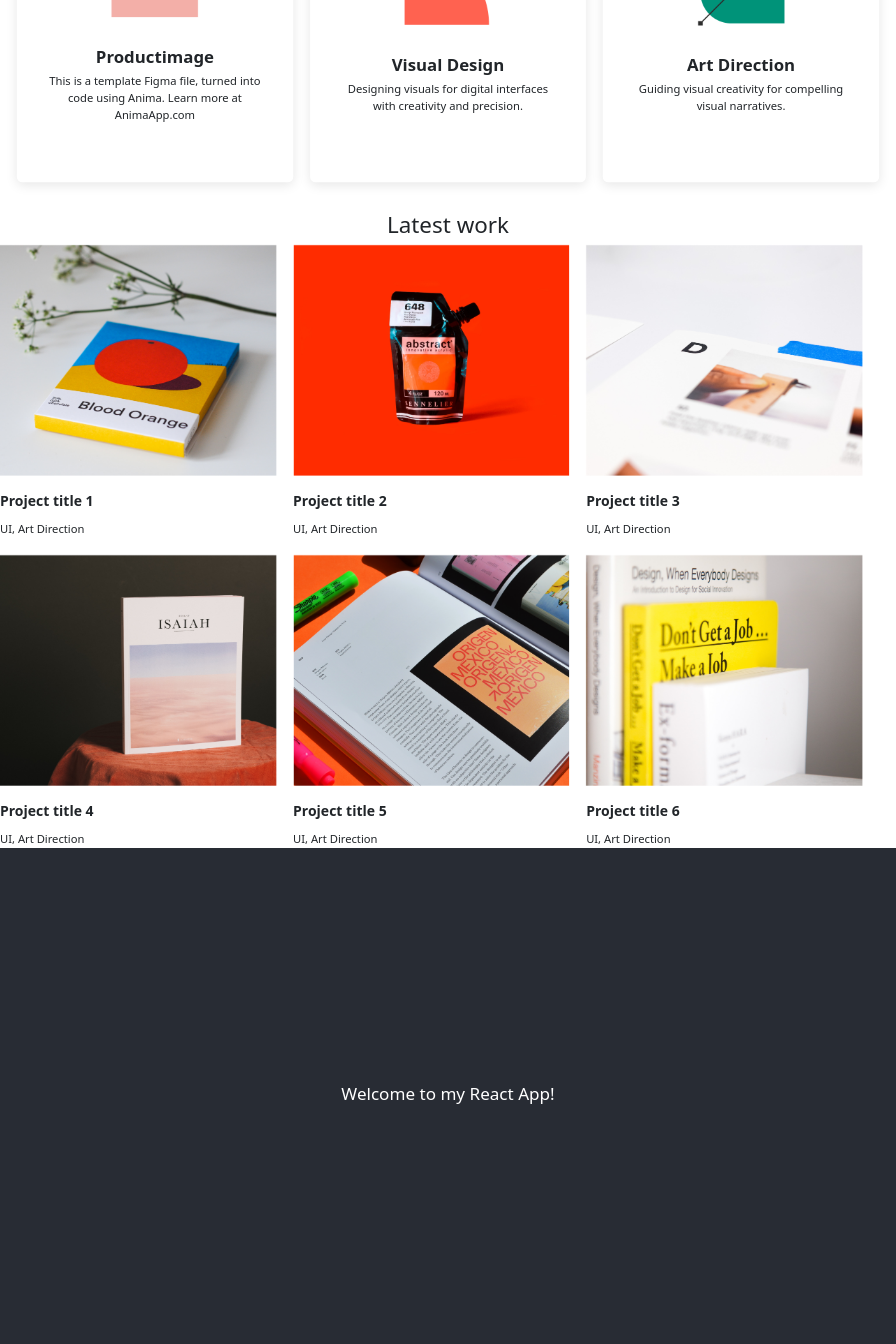
Repository: nida463/project-portofolio
Page: /
These files come from the project's save history. The page is drawn as it stood at one moment and after a run of saves; the edit follows.
The browser window is 1280 px wide. The pictures show the part of the page from y = 869 to 2789 px (the page is 2800 px tall before and 2835 px after), at 70% of full size.
The project was rebuilt for these pictures with package versions that can differ from the ones it lists, and the page was loaded fresh each time.

Above is the page before, as saved 2024-09-18 10:09:12.

### src/App.js
import React from 'react';
import './App.css';
import Navbar from './Components/Navbar';  // Mengimpor komponen Navbar
import Header from './Components/Header';  // Mengimpor komponen Header
import Logo from './Components/Logo';  // Mengimpor komponen Logo
import Skills from './Components/Skills';  // Mengimpor komponen Skills
import Gallery from './Components/Gallery';  // Import Gallery

function App() {
  return (
    <div className="App">
      <Navbar />  {/* Panggil komponen Navbar */}
      <Header />  {/* Panggil komponen Header */}
      <Logo />  {/* Panggil komponen Logo */}
      <Skills />  {/* Panggil komponen Skills */}
      <Gallery />  {/* Tambahkan komponen Gallery */}
      <header className="App-header">
        <p>
          Welcome to my React App! {/* Ini hanya contoh konten */}
        </p>
      </header>
    </div>
  );
}

export default App;

### src/Components/Navbar.js
import React from 'react';
import './Navbar.css'; // Mengimpor file CSS untuk Navbar

const Navbar = () => {
  return (
    <nav className="navbar">
      {/* Logo di sebelah kiri */}
      <div className="logo">Logo</div>

      {/* Menu di sebelah kanan */}
      <div className="menu-items">
        <a href="#about">About</a>
        <a href="#work">Work</a>
        <a href="#contact">Contact</a>
      </div>
    </nav>
  );
};

export default Navbar;

### src/Components/Header.js
import React from 'react';
import './Header.css';  // Mengimpor CSS untuk styling

const Header = () => {
  return (
    <div className="header">
      <div className="header-content">
        <div className="title-subtitle">
          <h1>Branding | Image making</h1>
        </div>
        <div className="visual-designer">
          <h2>Visual Designer</h2>
        </div>
        <div className="additional-content">
          <p>This is a template Figma file, turned into code using Anima. Learn more at AnimaApp.com</p>
        </div>
        <button className="header-button">Contact</button>
      </div>
      <div className="header-image">
        <img src="/img/header.png" alt="Header Visual" />
      </div>
    </div>
  );
};

export default Header;

### src/Components/Logo.js
import React from 'react';
import './Logo.css';  // Mengimpor CSS untuk styling

const Logo = () => {
  return (
    <div className="logo-bar">
      <div className="logo">
        <img src="/img/Google.png" alt="Google Logo" />
      </div>
      <div className="logo">
        <img src="/img/Nike.png" alt="Nike Logo" />
      </div>
      <div className="logo">
        <img src="/img/Samsung.png" alt="Samsung Logo" />
      </div>
      <div className="logo">
        <img src="/img/Apple.png" alt="Apple Logo" />
      </div>
      <div className="logo">
        <img src="/img/Adidas.png" alt="Adidas Logo" />
      </div>
    </div>
  );
};

export default Logo;

### src/Components/Skills.js
import React from 'react';
import './Skills.css';

const Skills = () => {
  return (
    <div className="skills-section">
      <div className="skills-container">
        {/* Skill Card 1 */}
        <div className="skills-card">
          <div className="skills-icon">
            <img src="/img/Productimage.png" alt="Product Design Icon" />
          </div>
          <div className="skills-content">
            <h3 className="skills-title">Productimage</h3>
            <p className="skills-subtitle">
              This is a template Figma file, turned into code using Anima. Learn more at AnimaApp.com
            </p>
          </div>
        </div>

        {/* Skill Card 2 */}
        <div className="skills-card">
          <div className="skills-icon">
            <img src="/img/VisualDesign.png" alt="Visual Design Icon" />
          </div>
          <div className="skills-content">
            <h3 className="skills-title">Visual Design</h3>
            <p className="skills-subtitle">
              Designing visuals for digital interfaces with creativity and precision.
            </p>
          </div>
        </div>

        {/* Skill Card 3 */}
        <div className="skills-card">
          <div className="skills-icon">
            <img src="/img/ArtDirection.png" alt="Art Direction Icon" />
          </div>
          <div className="skills-content">
            <h3 className="skills-title">Art Direction</h3>
            <p className="skills-subtitle">
              Guiding visual creativity for compelling visual narratives.
            </p>
          </div>
        </div>
      </div>
    </div>
  );
};

export default Skills;

### src/Components/Gallery.js
import React from 'react';
import './Gallery.css';

const Gallery = () => {
  return (
    <div className="gallery-container">
      <h2 className="latest-work">Latest work</h2> {/* Judul di atas gallery */}
      <div className="gallery-section">
        {[
          { id: 1, title: 'Project title 1', subtitle: 'UI, Art Direction', image: '/img/Image1.png' },
          { id: 2, title: 'Project title 2', subtitle: 'UI, Art Direction', image: '/img/Image2.png' },
          { id: 3, title: 'Project title 3', subtitle: 'UI, Art Direction', image: '/img/Image3.png' },
          { id: 4, title: 'Project title 4', subtitle: 'UI, Art Direction', image: '/img/Image4.png' },
          { id: 5, title: 'Project title 5', subtitle: 'UI, Art Direction', image: '/img/Image5.png' },
          { id: 6, title: 'Project title 6', subtitle: 'UI, Art Direction', image: '/img/Image6.png' }
        ].map((item) => (
          <div key={item.id} className="gallery-card">
            <img src={item.image} alt={item.title} className="gallery-image" />
            <div className="gallery-text">
              <h3>{item.title}</h3> {/* Title per card */}
              <p>{item.subtitle}</p> {/* Subtitle per card */}
            </div>
          </div>
        ))}
      </div>
    </div>
  );
};

export default Gallery;

### src/Components/Navbar.css
/* Navigation Bar */
.navbar {
    display: flex;
    flex-direction: row;
    justify-content: space-between;
    align-items: center;
    padding: 24px 42px;
    gap: 24px;

    width: 1280px;
    height: 78px;

    background: #FFFFFF;
  }

  /* Logo di kiri */
  .logo {
    width: 49px;
    height: 30px;
    font-size: 24px;
    font-weight: 600;
    color: #000000;
  }

  /* Menu Items di kanan */
  .menu-items {
    display: flex;
    flex-direction: row;
    justify-content: flex-end;
    align-items: flex-start;
    gap: 24px;

    width: 209px;
    height: 27px;
  }

  /* Link untuk setiap menu item */
  .menu-items a {
    font-size: 18px;
    font-weight: 400;
    color: #000000;
    text-decoration: none;
  }

  .menu-items a:hover {
    color: #444444;
  }

### src/Components/Header.css
/* General styles for the header */
.header {
    width: 1280px; /* Fill width */
    height: auto; /* Hug height */
    padding: 42px 24px;
    display: flex;
    justify-content: space-between; /* Content and image on both ends */
    gap: 68px;
    background-color: #FFFFFF;
    opacity: 1;
  }

  /* Header content styling */
  .header-content {
    width: 620px; /* Fixed width for content */
    height: auto; /* Hug height */
    display: flex;
    flex-direction: column;
    gap: 48px;
  }

  /* Title and Subtitle styling */
  .title-subtitle {
    width: 620px;
    height: 30px;
    font-family: Epilogue, sans-serif;
    font-size: 20px;
    font-weight: 600;
    line-height: 30px;
    text-align: left;
  }

  .visual-designer {
    width: 620px;
    font-family: Epilogue, sans-serif;
    font-size: 68px;
    font-weight: 600;
    line-height: 69.7px;
    text-align: left;
  }

  .additional-content {
    width: 620px;
    font-family: Epilogue, sans-serif;
    font-size: 17px;
    font-weight: 400;
    text-align: left;
  }

  /* Button styling */
  .header-button {
    padding: 24px 64px;
    font-family: Epilogue, sans-serif;
    font-size: 20px;
    font-weight: 600;
    text-align: center;
    background-color: #2D2D2D;
    color: #FFFFFF;
    border: none;
    cursor: pointer;
    width: 211px;
    height: 78px;
  }

  .header-button:hover {
    background-color:
      #444444;
  }

  /* Header image styling */
  .header-image {
    width: 480px;
    height: 360px;
  }

  .header-image img {
    width: 100%;
    height: 100%;
    object-fit: cover;
  }

### src/Components/Logo.css
/* Logo Bar */
.logo-bar {
    display: flex;
    flex-direction: row;
    flex-wrap: wrap;
    justify-content: space-between;
    align-items: center;
    align-content: flex-start;
    padding: 42px 68px;
    gap: 68px 86px;

    width: 1280px;
    height: 130.83px;

    background: #FFFFFF;
  }

  /* Styling untuk setiap logo */
  .logo {
    display: flex;
    justify-content: center;
    align-items: center;
    width: auto;
    height: auto;
    padding: 0px; /* Tidak ada padding di dalam logo */
  }

  /* Ukuran spesifik untuk logo */
  .logo img {
    width: 116.07px;
    height: 38.21px;
    object-fit: contain; /* Menjaga aspek rasio gambar */
  }

### src/Components/Skills.css
/* Section styling */
.skills-section {
    display: flex;
    flex-direction: column;
    align-items: center;
    padding: 42px 24px;
    gap: 42px;
    width: 1280px;
    height: auto;
    background: #FFFFFF;
  }

  .section-title {
    font-size: 32px;
    font-weight: 700;
  }

  /* Cards container styling */
  .skills-container {
    display: flex;
    flex-wrap: wrap;
    align-items: flex-start;
    gap: 24px;
    width: 1232px;
    height: 429px;
  }

  /* Individual card styling */
  .skills-card {
    display: flex;
    flex-direction: column;
    justify-content: center;
    align-items: center;
    padding: 64px 42px;
    gap: 42px;
    width: 394.67px;
    height: 429px;
    background: #FFFFFF;
    box-shadow: 0px 4px 16px rgba(0, 0, 0, 0.1);
    border-radius: 8px;
  }

  /* Icon styling */
  .skills-icon img {
    width: 124px;
    height: 124px;
    object-fit: contain;
  }

  /* Title styling */
  .skills-title {
    font-size: 24px;
    font-weight: 600;
    text-align: center;
  }

  /* Subtitle styling */
  .skills-subtitle {
    font-size: 16px;
    text-align: center;
  }

### src/Components/Gallery.css
/* Gallery Section */
.gallery-section {
    display: flex;
    flex-direction: row;
    flex-wrap: wrap;
    align-items: flex-start;
    align-content: flex-start;
    padding: 0px;
    gap: 24px;

    width: 1232px;
    height: auto;
  }

  /* Gallery Card */
  .gallery-card {
    display: flex;
    flex-direction: column;
    align-items: flex-start;
    padding: 0px;
    gap: 24px;

    width: 394.67px;
    min-width: 320px;
    height: 419px;

    flex: none;
    order: 0;
    flex-grow: 1;
  }

  /* Gallery Image */
  .gallery-image {
    width: 100%;
    height: auto;
    object-fit: cover;
  }

  /* Title & Description */
  .gallery-text {
    display: flex;
    flex-direction: column;
    align-items: flex-start;
    padding: 0px;
    gap: 8px;

    width: 394.67px;
    height: 65px;

    flex: none;
    order: 1;
    align-self: stretch;
    flex-grow: 0;
  }

  .gallery-text h3 {
    font-size: 20px;
    font-weight: 600;
  }

  .gallery-text p {
    font-size: 16px;
    font-weight: 400;
  }

Loaded but not shown: public/index.html (common file); src/index.js (common file); src/index.css (common file); src/reportWebVitals.js (common file); src/App.css (common file)

After the next 2 saves:
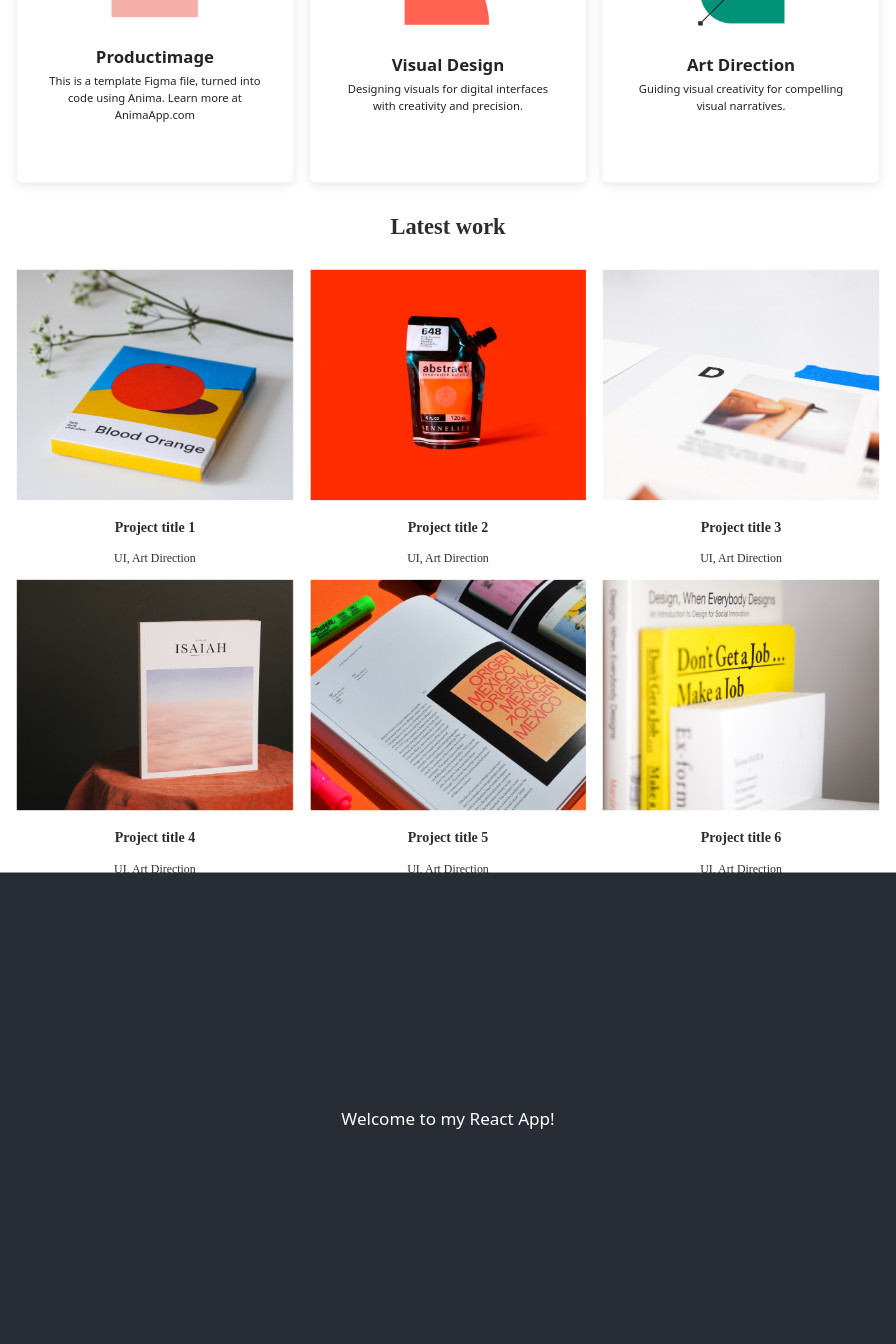
The 2 saves are shown as one change because they came seconds apart.
The last was saved 17 s later.
--- a/src/Components/Gallery.css
+++ b/src/Components/Gallery.css
@@ -1,13 +1,35 @@
-/* Gallery Section */
-.gallery-section {
+/* Container untuk Gallery */
+.gallery-container {
+    display: flex;
+    flex-direction: column;
+    align-items: center;
+    padding: 0;
+    gap: 32px; /* Jarak antara judul dan gallery */
+    width: 100%;
+  }
+
+  /* Latest work */
+  .latest-work {
+    width: 191px;
+    height: 42px;
+    font-family: 'Epilogue';
+    font-style: normal;
+    font-weight: 600;
+    font-size: 32px;
+    line-height: 42px;
+    text-align: center;
+    color: #2D2D2D;
+  }
+
+  /* Gallery Section */
+  .gallery-section {
     display: flex;
     flex-direction: row;
     flex-wrap: wrap;
+    justify-content: space-between;
     align-items: flex-start;
-    align-content: flex-start;
     padding: 0px;
     gap: 24px;
-
     width: 1232px;
     height: auto;
   }
@@ -19,11 +41,8 @@
     align-items: flex-start;
     padding: 0px;
     gap: 24px;
-
     width: 394.67px;
-    min-width: 320px;
     height: 419px;
-
     flex: none;
     order: 0;
     flex-grow: 1;
@@ -43,22 +62,34 @@
     align-items: flex-start;
     padding: 0px;
     gap: 8px;
-
     width: 394.67px;
     height: 65px;
-
     flex: none;
     order: 1;
     align-self: stretch;
     flex-grow: 0;
   }
 
+  /* Project Title */
   .gallery-text h3 {
+    width: 394.67px;
+    height: 30px;
+    font-family: 'Epilogue';
+    font-style: normal;
+    font-weight: 600;
     font-size: 20px;
-    font-weight: 600;
+    line-height: 30px;
+    color: #2D2D2D;
   }
 
+  /* Subtitle */
   .gallery-text p {
-    font-size: 16px;
+    width: 394.67px;
+    height: 27px;
+    font-family: 'Epilogue';
+    font-style: normal;
     font-weight: 400;
+    font-size: 17px;
+    line-height: 27px;
+    color: #2D2D2D;
   }
